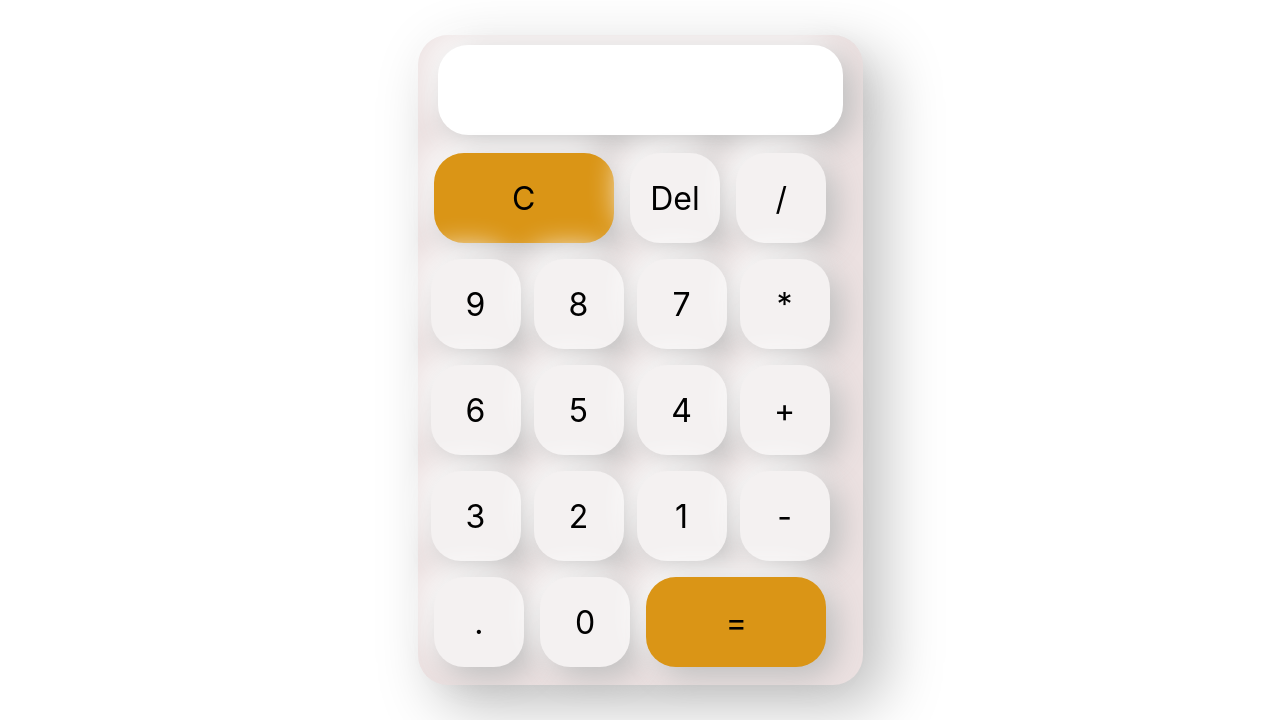
Repository: janidulnkg1/react-prac
Page: / (app in calculator/)
These files come from the project's save history. The page is drawn as it stood at one moment and after the next save; the edit follows.
The browser window is 1280 px wide. The pictures show the whole page.
The project was rebuilt for these pictures with package versions that can differ from the ones it lists, and the page was loaded fresh each time. Also part of the build but not shown: calculator/src/App.css.

Above is the page before, as saved 2023-09-15 11:44:18.

### calculator/src/App.js
import logo from './logo.svg';
import './App.css';
import Home from './components/Home';

function App() {
  return (
    <>
    <Home/>
    </>
  );
}

export default App;

### calculator/src/components/Home.js
import React, {useState} from 'react'
import classes from "./Home.module.css"
import Button from './Button'


function Home() {

const [res, setRes] = useState("")

const buttons = ["C","Del","/","9","8","7","*","6","5","4","+","3","2","1","-",".","0","="]

const findval = ()=>{
  let result = Function("return "+res);
  setRes(result.toString());
}

const handler = (arg) => {
  console.log(arg)

  if(arg ==="C") setRes("");
  else if(arg ==="=") findval();
  else if(arg === "Del"){
    let n = res.length;
    if(n>0)
    setRes(res.slice(0,n-1));
  }
  else setRes(res.concat(arg))

}

  return (
    <div className={classes.home}>
      <div className={classes.inner}>
        <div className={classes.result}>
          <div className={classes.resbox}>
            {res}
            </div>
        </div>
      <div className={classes.btns}>
        {buttons.map((ele,index)=> {return <Button handler={handler} value={ele} key={index}/>})}
      </div>
      </div>
    </div>
  )
}

export default Home

### calculator/src/components/Home.module.css
*{
    padding: 0;
     margin: 0;
     box-sizing: border-box;
}

.home{
    height: 100vh;
    width: 100vw;
    display: flex;
    justify-content: center;
    align-items: center;
}

.inner{
    height: 650px;
    width: 445px;
    border-radius: 30px;
    background-color: #ece1e1;
    box-shadow: 20px 20px 60px #bebebe,
     -20px -20px 60px #ffffff;
}

.result{
    font-size: 2rem;
    width: 405px;
    height: 90px;
    scrollbar-width: none;
    margin: auto;
    margin-top: 10px;
    margin-bottom: 10px;
    border-radius: 30px;
    background: white;
    box-shadow: 10px 10px 30px #bebebe,
    -10px -10px 30px #ffffff;
}

.resbox{
    width: 390px;
    height: min-content;
    overflow-y: auto;
    padding-left: 10px;
    padding-right: 10px;
    text-align: right;
    margin-top: 10px;
}

.resbox::-webkit-scrollbar{
    display: none;
}

.btns{
    height: 530px;
    width: 425px;
    display: flex;
    flex-flow: row wrap;
    justify-content: space-evenly;
    align-items:center;
    border-radius:20px;
}

### calculator/src/components/Button.js
import React from 'react'
import classes from "./Button.module.css"

function Button({value, handler}) {
  return (
    <div className={value === "C" || value === "=" ? `${classes.calcBtns} ${classes.res}`: `${classes.calcBtns}`} onClick={()=>handler(value)}>
        {value}
    </div>
  )
}

export default Button

### calculator/src/components/Button.module.css
.calcBtns{
    height: 90px;
    width: 90px;
    font-size: 2rem;
    display: flex;
    justify-content: center;
    align-items:center;
    border-radius:30px;
    background-color: #f4f1f1;
    user-select: none;
    box-shadow: 10px 10px 30px #bebebe, -10px -10px 30px #ffffff;
}

.res{
    width: 180px;
    background-color:rgb(218, 149, 22)
}

Loaded but not shown: calculator/public/index.html (common file); calculator/src/index.js (common file); calculator/src/index.css (common file); calculator/src/reportWebVitals.js (common file)

After the next save:
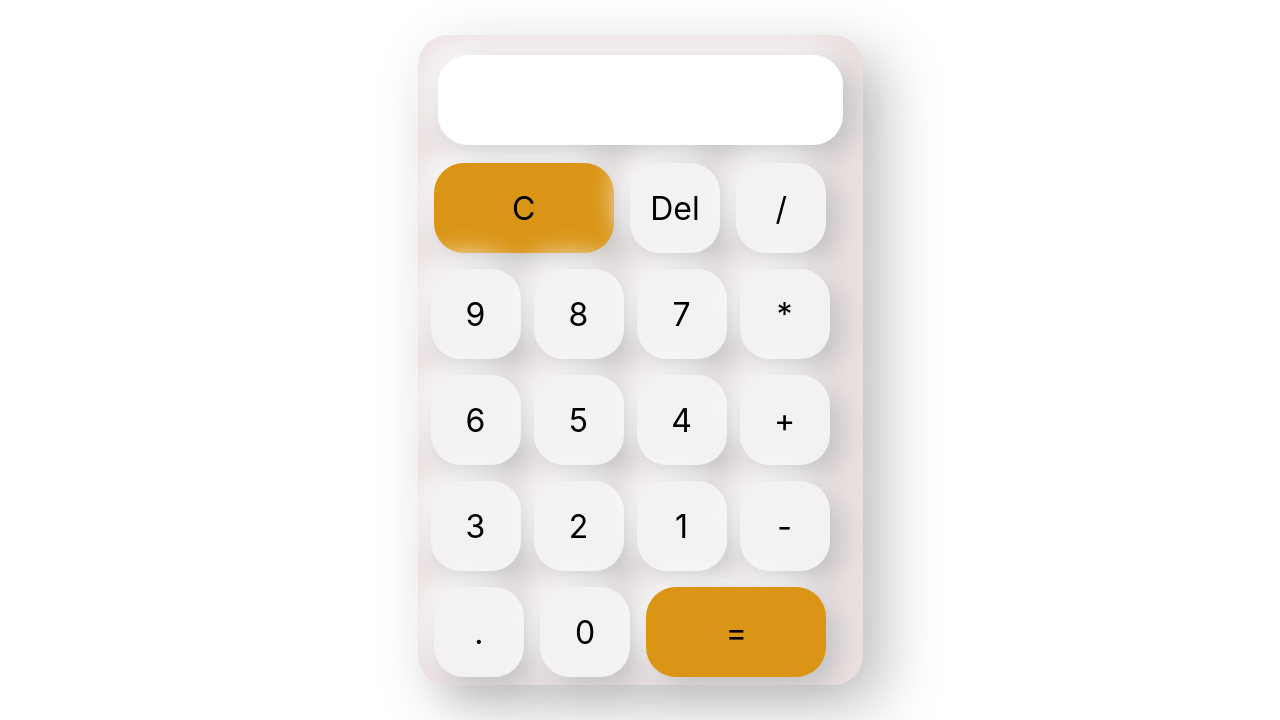
Saved 23 s later.
--- a/calculator/src/components/Home.module.css
+++ b/calculator/src/components/Home.module.css
@@ -42,7 +42,7 @@
     padding-left: 10px;
     padding-right: 10px;
     text-align: right;
-    margin-top: 10px;
+    margin-top: 20px;
 }
 
 .resbox::-webkit-scrollbar{

After the 3 saves that followed:
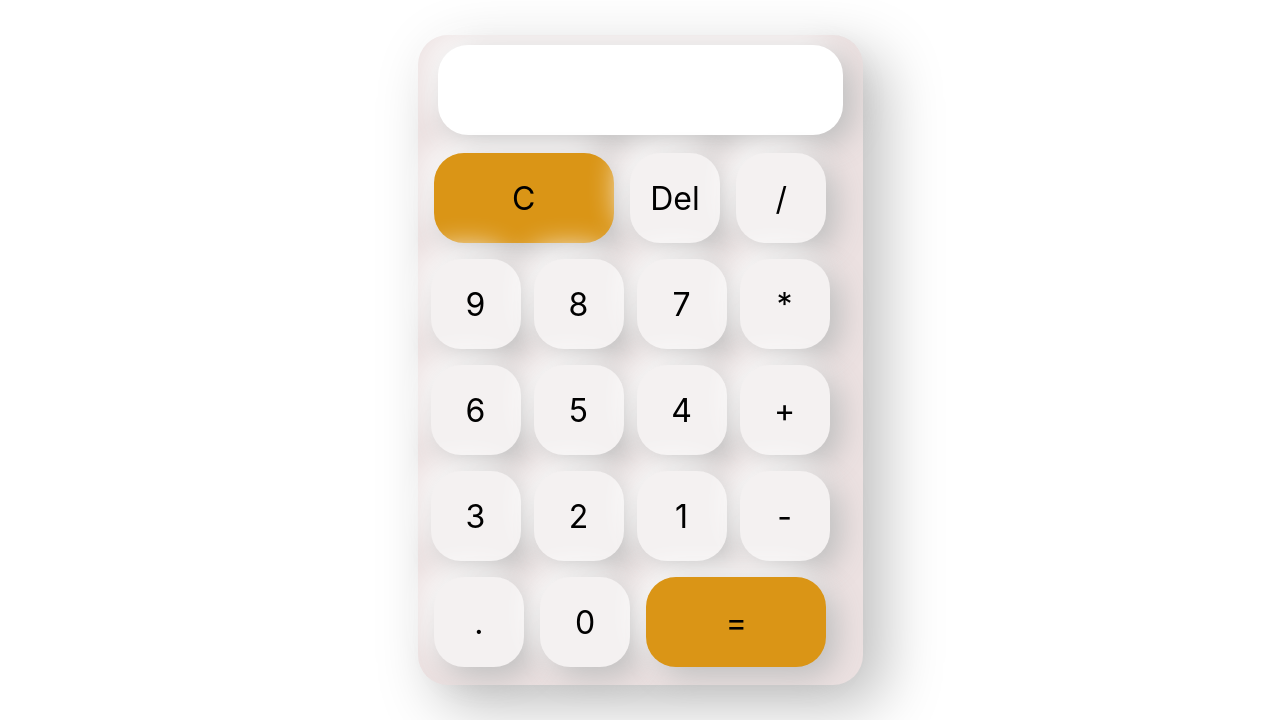
The 3 saves are shown as one change because 2 left the picture as it was.
The last was saved 56 s later.
--- a/calculator/src/components/Home.module.css
+++ b/calculator/src/components/Home.module.css
@@ -42,7 +42,8 @@
     padding-left: 10px;
     padding-right: 10px;
     text-align: right;
-    margin-top: 20px;
+    padding-top: 20px;
+
 }
 
 .resbox::-webkit-scrollbar{
